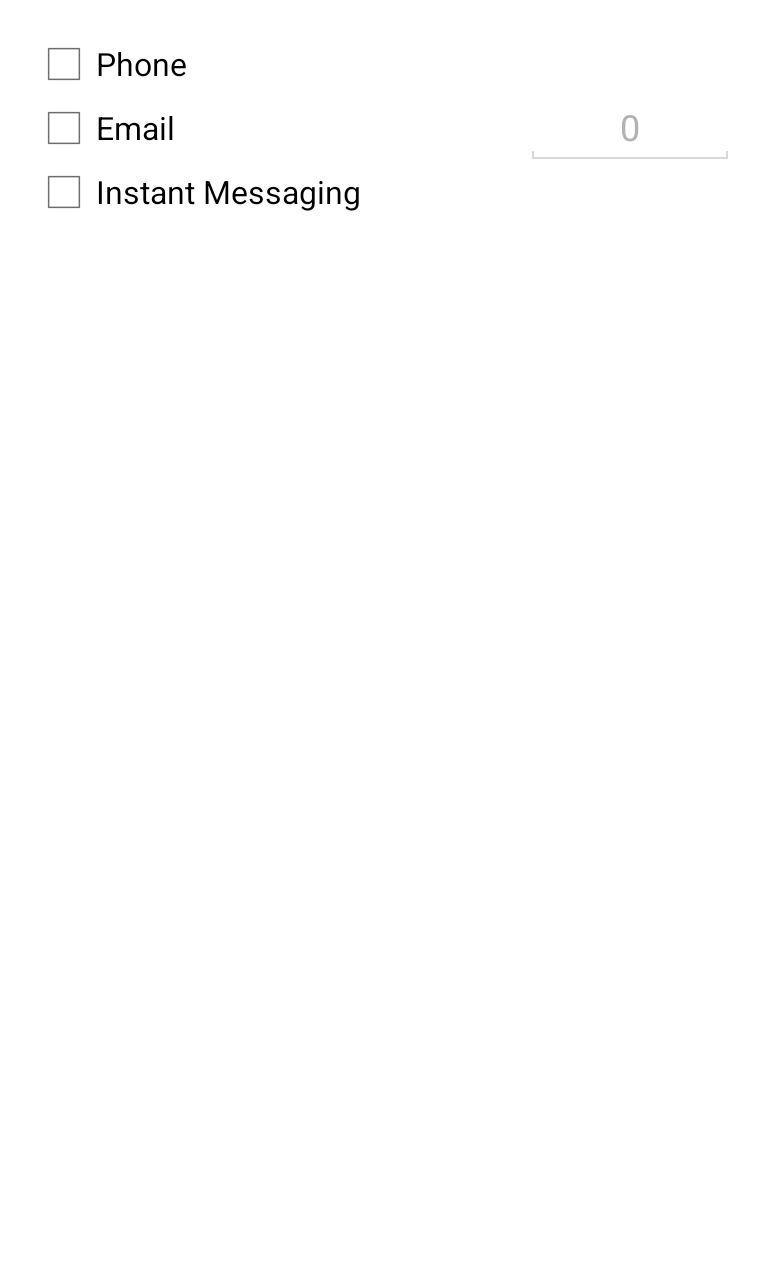
Repository: radupoenaru1992/PracticalTest01Var01
Layout: PracticalTest01Var01/res/layout/activity_practical_test01_var01_main.xml
These files come from the project's save history. The layout is drawn as it stood at one moment and after the next save; the edit follows.
It is drawn on a 768 x 1280 px phone screen (xhdpi) without system bars, with theme AppTheme; the app's code is not run.

Above is the layout before, as saved 2015-03-30 15:29:14.

### PracticalTest01Var01/res/layout/activity_practical_test01_var01_main.xml
<LinearLayout xmlns:android="http://schemas.android.com/apk/res/android"
    xmlns:tools="http://schemas.android.com/tools"
    android:layout_width="match_parent"
    android:layout_height="match_parent"
    android:paddingBottom="@dimen/activity_vertical_margin"
    android:paddingLeft="@dimen/activity_horizontal_margin"
    android:paddingRight="@dimen/activity_horizontal_margin"
    android:paddingTop="@dimen/activity_vertical_margin"
    tools:context=".PracticalTest01Var01MainActivity"
    android:orientation="vertical">

    <LinearLayout
        android:layout_width="match_parent"
        android:layout_height="wrap_content"
        android:orientation="horizontal"
        >

        <LinearLayout
            android:layout_width="0dp"
            android:layout_height="match_parent"
            android:layout_weight="7"
            android:orientation="vertical"
            >

            <CheckBox
                android:layout_width="match_parent"
                android:layout_height="wrap_content"
                android:id="@+id/chP"
                android:text="Phone"/>

            <CheckBox
                android:layout_width="match_parent"
                android:layout_height="wrap_content"
                android:id="@+id/chE"
                android:text="Email"/>

            <CheckBox
                android:layout_width="match_parent"
                android:layout_height="wrap_content"
                android:id="@+id/chI"
                android:text="Instant Messaging"/>

        </LinearLayout>

        <LinearLayout
            android:layout_width="0dp"
            android:layout_height="match_parent"
            android:layout_weight="3"
            android:orientation="vertical"
            android:gravity="center"
            >

            <EditText
                android:layout_width="match_parent"
                android:layout_height="wrap_content"
                android:gravity="center"
                android:id="@+id/etDr"
                android:enabled="false"
                android:text="0"/>

        </LinearLayout>

        </LinearLayout>



</LinearLayout>

Loaded but not shown: PracticalTest01Var01/res/values/styles.xml (common file); PracticalTest01Var01/res/values-v11/styles.xml (common file); PracticalTest01Var01/res/values-v14/styles.xml (common file); PracticalTest01Var01/res/values/dimens.xml (common file)

After the next save:
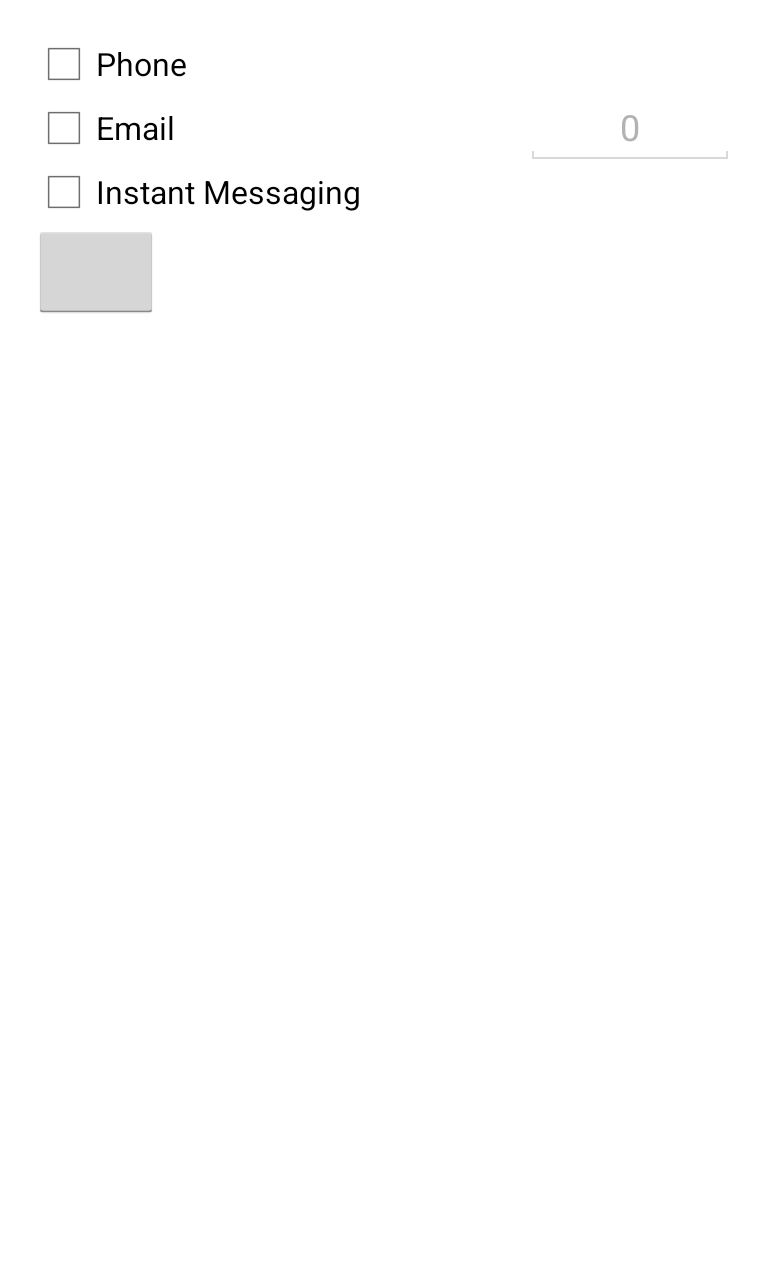
Saved 49 s later.
--- a/PracticalTest01Var01/res/layout/activity_practical_test01_var01_main.xml
+++ b/PracticalTest01Var01/res/layout/activity_practical_test01_var01_main.xml
@@ -62,6 +62,11 @@
 
         </LinearLayout>
 
+    <Button
+        android:layout_width="wrap_content"
+        android:layout_height="wrap_content"
+        android:id="@+id/bSec"/>
+
 
 
 </LinearLayout>
